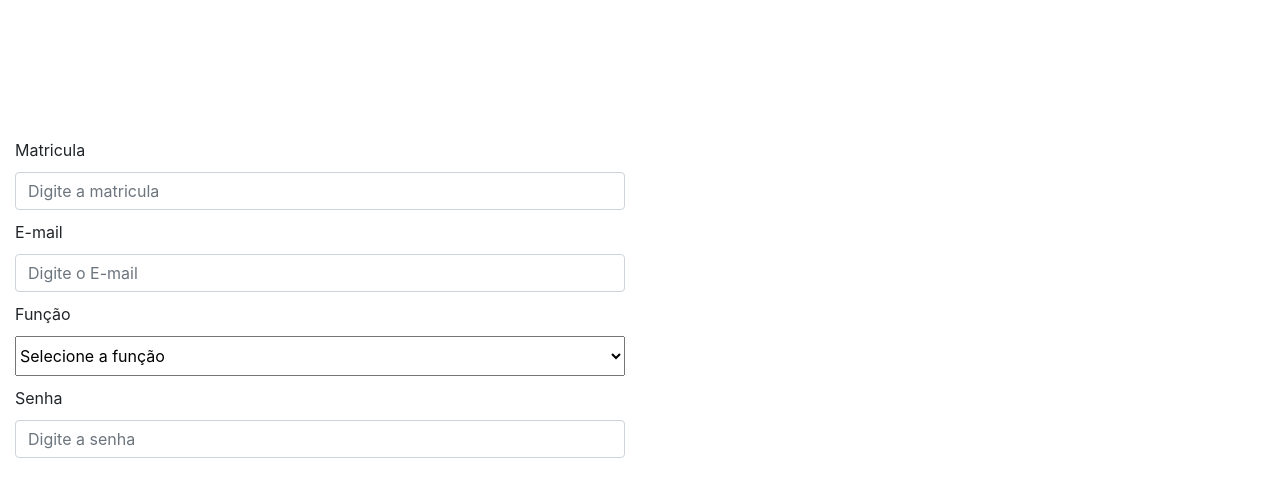
Repository: gabrielfeliphe/AssistenciaTecnica
Page: PI-AssistenciaTecnica/WebContent/pages/adm/cadastro_funcionario.html
These files come from the project's save history. The page is drawn as it stood at one moment and after the next save; the edit follows.
The browser window is 1280 px wide. The pictures show the whole page.

Above is the page before, as saved 2021-10-12 06:20:06.
Console error: TypeError: Cannot read properties of undefined (reading 'fn')

### PI-AssistenciaTecnica/WebContent/pages/adm/cadastro_funcionario.html
<!DOCTYPE html>
<html>
<head>
<meta charset="UTF-8">
<title>Cadastro de funcionários</title>

<link rel="stylesheet" href="https://stackpath.bootstrapcdn.com/bootstrap/4.1.3/css/bootstrap.min.css" integrity="sha384-MCw98/SFnGE8fJT3GXwEOngsV7Zt27NXFoaoApmYm81iuXoPkFOJwJ8ERdknLPMO" crossorigin="anonymous">
<script src="https://stackpath.bootstrapcdn.com/bootstrap/4.1.3/js/bootstrap.min.js" integrity="sha384-ChfqqxuZUCnJSK3+MXmPNIyE6ZbWh2IMqE241rYiqJxyMiZ6OW/JmZQ5stwEULTy" crossorigin="anonymous"></script>
<link rel= "stylesheet" type = "text/css" href="../../css/admin.css">

</head>
<body>

	<div class="form-group">
	<div class="form-group col-md-6">
	<fieldset>
		<form>
		 	<label>Matricula</label>
		 	 <input type="text" class="form-control"  placeholder="Digite a matricula">
		 	 <label>E-mail</label>
		 	 <input type="email" class="form-control"  placeholder="Digite o E-mail">
		 	 <label>Função</label>
		 	  <div>
				  <select>
				    <option value="0">Selecione a função</option>
				    <option value="1">Administrador</option>
				    <option value="2">Recepção</option>
				    <option value="3">Manutenção</option>
				    <option value="4">Almoxarife</option>
	 			 </select>
			</div>
		 	 <label>Senha</label>
		 	 <input type="password" class="form-control"  placeholder="Digite a senha">
		</form>
	</div>
	</div>
</fieldset>
</body>
</html>

### PI-AssistenciaTecnica/WebContent/css/admin.css
@charset "UTF-8";

#box {
	border: solid 1px black;
	padding: 20px;
}

h4 {
	text-align: center;
}

.form-group {
	padding-top: 5%;
}

.container {
	box-shadow: 0 5px 8px 0 rgba(0, 0, 0, 0.2), 0 9px 26px 0
		rgba(0, 0, 0, 0.19);
	width: 75%;
	padding: 2%;
}

label {
	margin-top: 10px;
	margin-bottom: 10px;
}

button {
	height: 30px;
	width: 100px;
	margin: 20px;
}

.botoes {
	margin-top: 5%;
	text-align: center;
	display: block;
}

.btn1 button {
	margin-left: 500px;
}

.btn2 {
	float: right;
}

select {
	width: 100%;
	height: 40px;
}

#lista-funcionarios table {
	margin-left: auto;
	margin-right: auto;
}

#lista-funcionarios {
	margin: 0 auto;
	margin-top: 50px;
	width: 40%;
}

#lista-funcionarios table img {
	padding: 0 4px;
	width: 30px;
	height: 20px;
	cursor: pointer;
}

#modalAviso, .modalEditar{
	display: none;
}

After the next save:
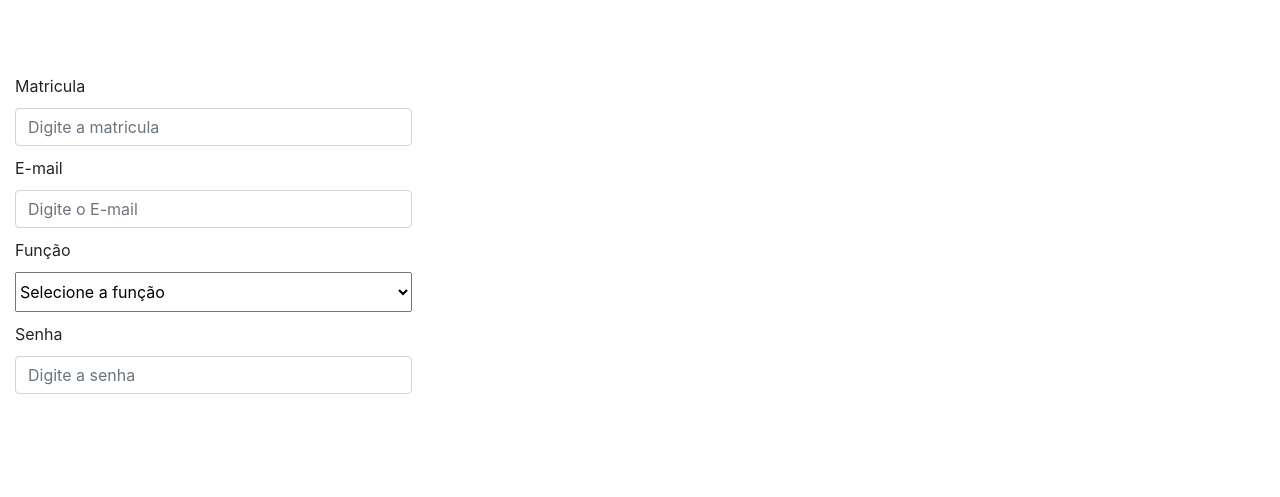
Saved 119 s later.
--- a/PI-AssistenciaTecnica/WebContent/pages/adm/cadastro_funcionario.html
+++ b/PI-AssistenciaTecnica/WebContent/pages/adm/cadastro_funcionario.html
@@ -12,7 +12,7 @@
 <body>
 
 	<div class="form-group">
-	<div class="form-group col-md-6">
+	<div class="col-md-4 col-md-offset-4"">
 	<fieldset>
 		<form>
 		 	<label>Matricula</label>
